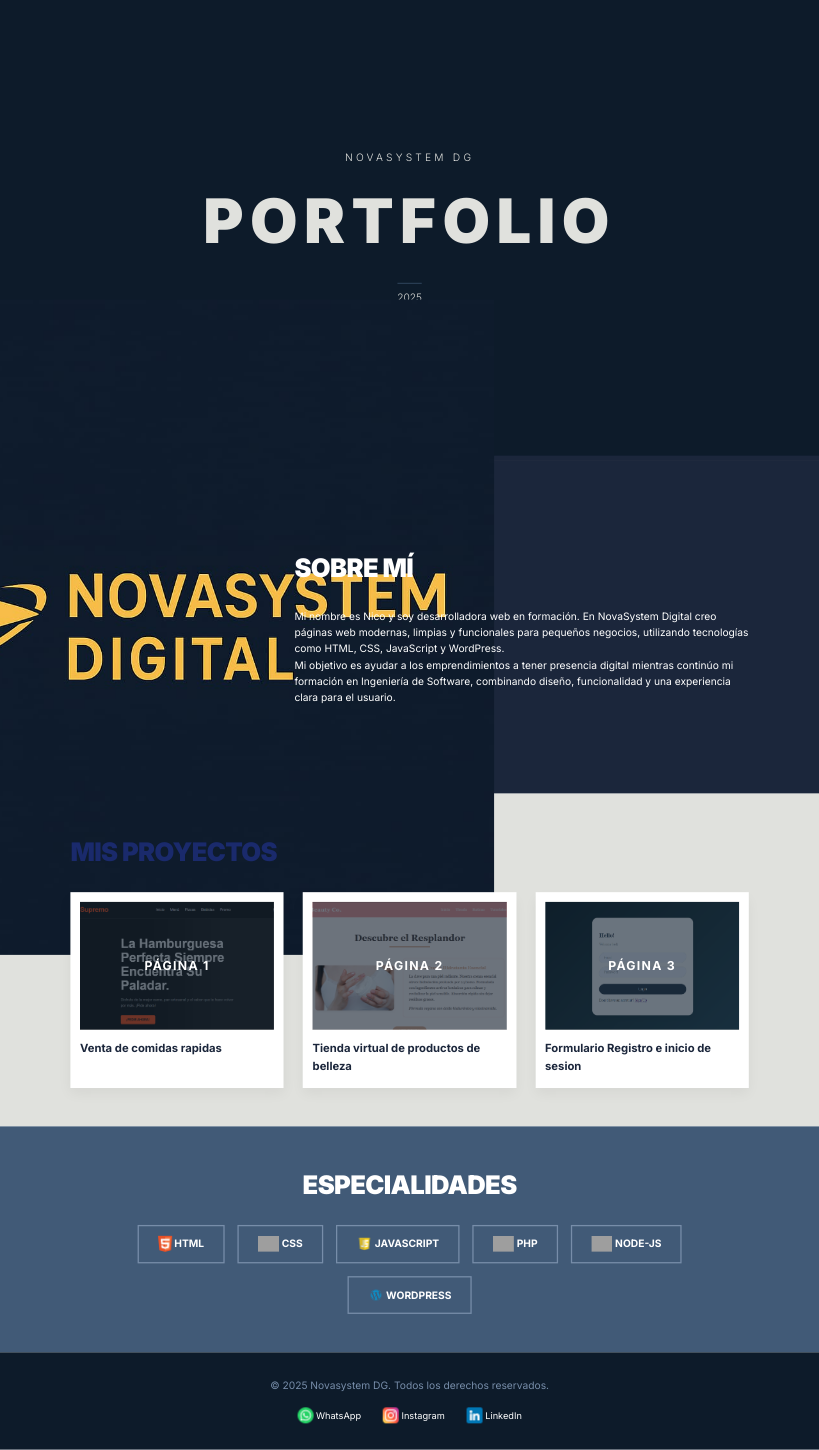
Repository: NovaSystem-DG/Portafolio
Page: index.html
An editor plug-in stored every save of this project. The page is shown before and after a run of saves, followed by the edit.
The browser window is 1280 px wide. The pictures show the whole page, at 64% of full size.
Pictures or frames that could not be fetched are drawn as grey boxes.

Above is the page before, as saved 2026-01-09 18:39:11.

### index.html
<!DOCTYPE html>
<html lang="es">

<head>
    <meta charset="UTF-8">
    <meta name="viewport" content="width=device-width, initial-scale=1.0">
    <title>Novasystem DG | Portafolio</title>
    <link rel="stylesheet" href="style.css">
    <link href="https://fonts.googleapis.com/css2?family=Inter:wght@300;400;700;900&display=swap" rel="stylesheet">
</head>

<body>

    <header class="hero-section">
        <div class="header-content">
            <span class="company-name">NOVASYSTEM DG</span>
            <h1>PORTFOLIO</h1>
            <div class="year-range">2025</div>
        </div>
    </header>

    <section class="about-section">
        <div class="container about-flex">
            <div class="photo-placeholder">
                 <img src="assets/img/logo.jpeg" alt="Vista previa proyecto 1" class="E-img">
            </div>
            <div class="about-text">
                <h2>SOBRE MÍ</h2>
                <p>Mi nombre es Nico y soy desarrolladora web en formación.
                    En NovaSystem Digital creo páginas web modernas, limpias y funcionales para pequeños negocios,
                    utilizando tecnologías como HTML, CSS, JavaScript y WordPress.
                    <br>
                    Mi objetivo es ayudar a los emprendimientos a tener presencia digital mientras continúo mi formación
                    en Ingeniería de Software, combinando diseño, funcionalidad y una experiencia clara para el usuario.
                </p>
            </div>
        </div>
    </section>

    <section class="projects-section">
        <div class="container">
            <h2>MIS PROYECTOS</h2>
            <div class="projects-grid">
                <div class="projects-grid">
                    <a href="https://novasystem-dg.github.io/Restaurante-web/" class="project-card" target="_blank">
                        <div class="project-img-container">
                            <img src="assets/img/Comida.png" alt="Vista previa proyecto 1" class="project-img">
                            <div class="project-overlay">
                                <span>Página 1</span>
                            </div>
                        </div>
                        <h3>Venta de comidas rapidas</h3>
                    </a>

                    <a href="https://novasystem-dg.github.io/tienda-online/" class="project-card" target="_blank">
                        <div class="project-img-container">
                            <img src="assets/img/Belleza.png" alt="Vista previa proyecto 2" class="project-img">
                            <div class="project-overlay">
                                <span>Página 2</span>
                            </div>
                        </div>
                        <h3>Tienda virtual de productos de belleza</h3>
                    </a>

                    <a href="http://formulario-basico.free.nf/?i=1" class="project-card" target="_blank">
                        <div class="project-img-container">
                            <img src="assets/img/Login.png" alt="Vista previa proyecto 3" class="project-img">
                            <div class="project-overlay">
                                <span>Página 3</span>
                            </div>
                        </div>
                        <h3>Formulario Registro e inicio de sesion</h3>
                    </a>
                </div>
            </div>
        </div>
    </section>

    <section class="skills-section">
        <div class="container">
            <h2>ESPECIALIDADES</h2>
            <div class="skills-list">

                <div class="skill-item">
                    <img id="Icon" src="assets/icon/HTML.png" alt="HTML5">
                    <span>HTML</span>
                </div>

                <div class="skill-item">
                    <img id="Icon" src="assets/icon/CSS.png" alt="CSS3">
                    <span>CSS</span>
                </div>

                <div class="skill-item">
                    <img id="Icon" src="assets/icon/JS.png" alt="JavaScript">
                    <span>JAVASCRIPT</span>
                </div>

                <div class="skill-item">
                    <img id="Icon1" src="assets/icon/PHP.png" alt="PHP">
                    <span>PHP</span>
                </div>

                <div class="skill-item">
                    <img id="Icon" src="assets/icon/NODEJS.png" alt="JavaScript">
                    <span>NODE-JS</span>
                </div>

                <div class="skill-item">
                    <img id="Icon" src="assets/icon/WP.png" alt="JavaScript">
                    <span>WORDPRESS</span>
                </div>





            </div>
        </div>
    </section>

    <footer class="main-footer">
    <p>&copy; 2025 Novasystem DG. Todos los derechos reservados.</p>

    <div class="social-links">
        <a href="https://wa.me/3137079734" class="social-item" target="_blank">
            <img id="Icon" src="assets/icon/social.png" alt="WhatsApp">
            <span>WhatsApp</span>
        </a>

        <a href="https://www.instagram.com/novasystemdg?igsh=MW93NnByanByMHRpeA==" class="social-item" target="_blank">
            <img id="Icon" src="assets/icon/instagram.png" alt="Instagram">
            <span>Instagram</span>
        </a>

        <a href="https://www.linkedin.com/in/nichole-andrade-848a2a37b?utm_source=share&utm_campaign=share_via&utm_content=profile&utm_medium=android_app" class="social-item" target="_blank">
            <img id="Icon" src="assets/icon/linkedin.png" alt="LinkedIn">
            <span>LinkedIn</span>
        </a>
    </div>
</footer>
</body>

</html>

### style.css
/* Configuración General */
* {
    margin: 0;
    padding: 0;
    box-sizing: border-box;
    font-family: 'Inter', sans-serif;
}

body {
    background-color: #f0f4f8;
    color: #1a2a6c;
    line-height: 1.6;
}

.container {
    max-width: 1100px;
    margin: 0 auto;
    padding: 60px 20px;
}

h2 {
    font-size: 2.5rem;
    font-weight: 900;
    margin-bottom: 30px;
    letter-spacing: -1px;
}

/* Sección 1: Hero Header (Azul Muy Oscuro) */
.hero-section {
    height: 100vh;
    background-color: #0d1b2a;
    color: #e0e1dd;
    display: flex;
    align-items: center;
    justify-content: center;
    text-align: center;
    border-bottom: 8px solid #1b263b;
}

.company-name {
    font-weight: 300;
    letter-spacing: 5px;
    display: block;
    margin-bottom: 10px;
}

.hero-section h1 {
    font-size: 6rem;
    font-weight: 900;
    letter-spacing: 10px;
    margin: 0;
}

.year-range {
    margin-top: 20px;
    font-weight: 300;
    border-top: 1px solid #415a77;
    padding-top: 10px;
    display: inline-block;
}

/* Sección 2: Sobre Mí (Azul Medio) */
.about-section {
    background-color: #1b263b;
    color: #ffffff;
}

.about-flex {
    display: flex;
    align-items: center;
    gap: 50px;
    flex-wrap: wrap;
}

.photo-placeholder {
    width: 300px;
    height: 400px;
    background-color: #415a77;
    display: flex;
    align-items: center;
    justify-content: center;
    border-radius: 4px;
    font-weight: bold;
    color: #778da9;
}

.about-text {
    flex: 1;
    min-width: 300px;
}

/* Sección 3: Proyectos (Azul Claro / Grisáceo) */
.projects-section {
    background-color: #e0e1dd;
}

.projects-grid {
    display: grid;
    grid-template-columns: repeat(auto-fit, minmax(280px, 1fr));
    gap: 30px;
}

/* Ajuste para que el enlace no tenga subrayado y use los colores correctos */
.project-card {
    text-decoration: none;
    color: inherit;
    display: block;
    background: #fff;
    padding: 15px;
    box-shadow: 0 10px 20px rgba(0,0,0,0.05);
    transition: transform 0.3s ease;
}

.project-card:hover {
    transform: translateY(-10px);
}

/* Contenedor de la imagen para poder poner texto encima */
.project-img-container {
    position: relative;
    width: 100%;
    height: 200px;
    overflow: hidden;
    margin-bottom: 15px;
    background-color: #778da9;
}

.project-img {
    width: 100%;
    height: 100%;
    object-fit: cover;
    display: block;
}

/* Capa oscura con el texto "Página X" */
.project-overlay {
    position: absolute;
    top: 0;
    left: 0;
    width: 100%;
    height: 100%;
    background: rgba(13, 27, 42, 0.6); /* Azul oscuro semitransparente */
    display: flex;
    align-items: center;
    justify-content: center;
    opacity: 1; /* Puedes ponerlo en 0 y cambiarlo a 1 en hover si quieres que aparezca solo al pasar el mouse */
    transition: background 0.3s ease;
}

.project-overlay span {
    color: white;
    font-weight: bold;
    font-size: 1.2rem;
    letter-spacing: 2px;
    text-transform: uppercase;
}

.project-card h3 {
    font-size: 1.1rem;
    margin: 5px 0;
    color: #1b263b;
}

/* Sección 4: Skills (Azul Eléctrico) */
.skills-section {
    background-color: #415a77;
    color: white;
    text-align: center;
}

.skills-list {
    display: flex;
    justify-content: center;
    gap: 20px;
    flex-wrap: wrap;
}

.skill-item {
    padding: 15px 30px;
    border: 2px solid #778da9;
    font-weight: bold;
    transition: 0.3s;
}

.skill-item:hover {
    background-color: #778da9;
}

/* Footer (Negro Azulado) */
.main-footer {
    background-color: #0d1b2a;
    color: #778da9;
    padding: 40px 20px;
    text-align: center;
}

.social-links {
    margin-top: 20px;
}

.social-links a {
    color: white;
    text-decoration: none;
    margin: 0 15px;
    font-size: 0.9rem;
}

#Icon{
    margin-bottom:-7px;
    height: 25px;
    width: auto;
}

#Icon1{
    margin-bottom: -7px;
    height: 25px;
    width: auto;
}

After the next 4 saves:
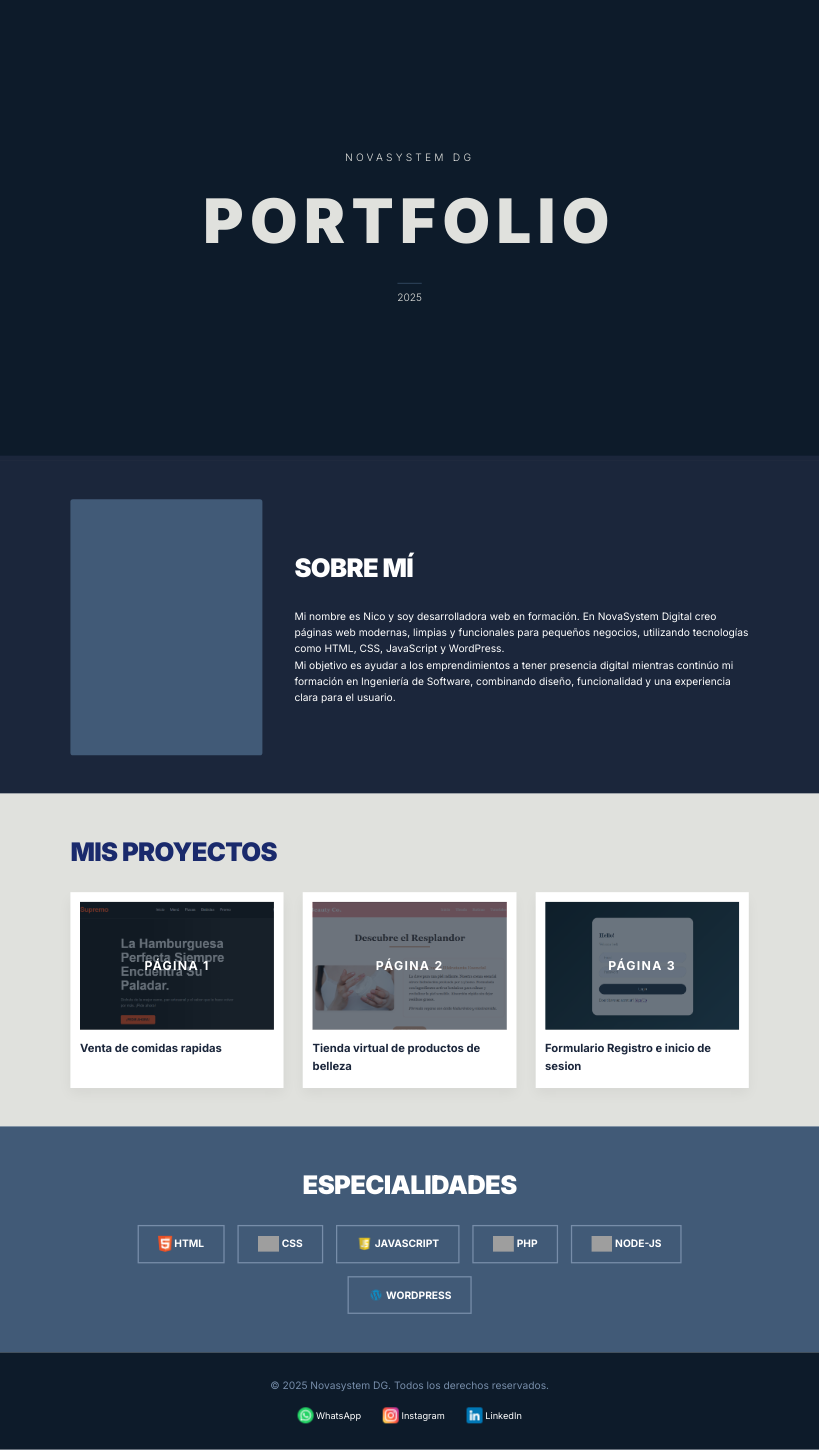
The 4 saves are shown as one change because they came seconds apart.
The last was saved 18 s later.
--- a/index.html
+++ b/index.html
@@ -22,7 +22,7 @@
     <section class="about-section">
         <div class="container about-flex">
             <div class="photo-placeholder">
-                 <img src="assets/img/logo.jpeg" alt="Vista previa proyecto 1" class="E-img">
+                 <!-- <img src="assets/img/logo.jpeg" alt="Vista previa proyecto 1" class="E-img"> -->
             </div>
             <div class="about-text">
                 <h2>SOBRE MÍ</h2>
